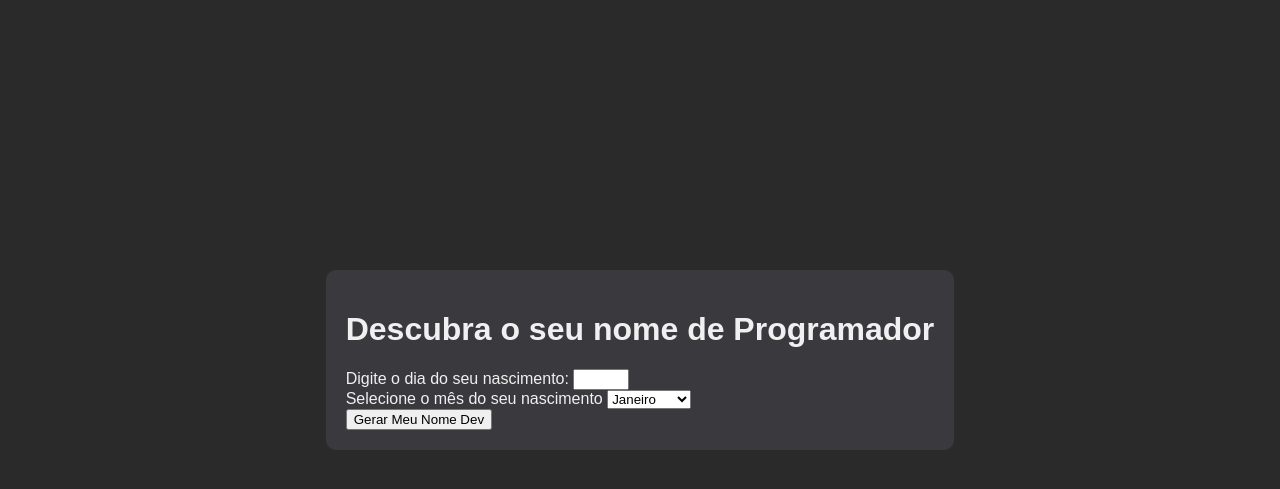
Repository: analessp/seu-nome-dev
Page: index.html
An editor plug-in stored every save of this project. The page is shown before and after a run of saves, followed by the edit.
The browser window is 1280 px wide. The pictures show the whole page.

Above is the page before, as saved 2025-05-13 10:49:00.

After the next 4 saves:
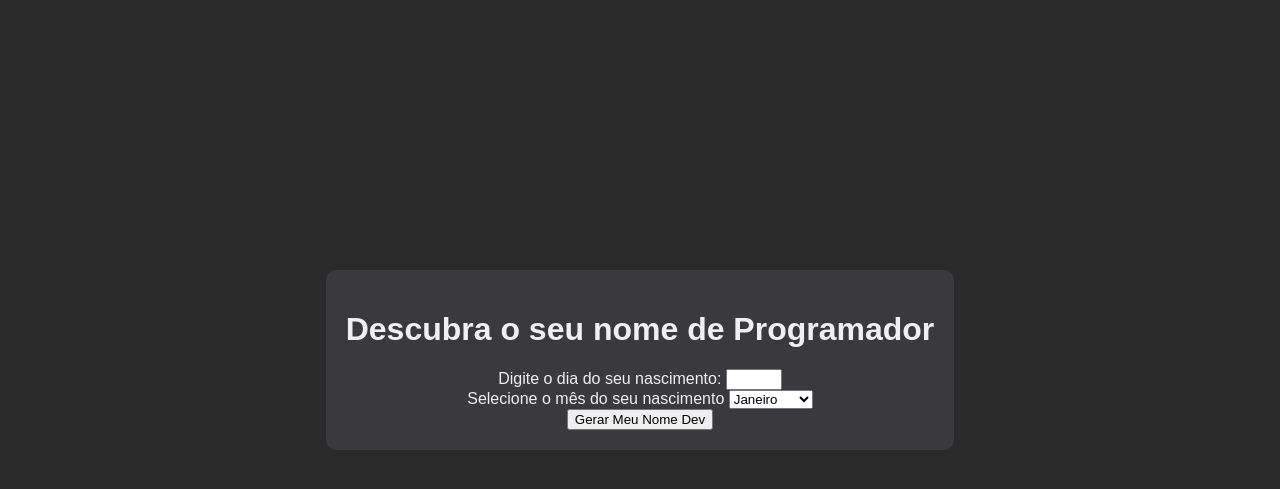
The 4 saves are shown as one change because they came seconds apart.
The last was saved 13 s later.
--- a/styles.css
+++ b/styles.css
@@ -13,6 +13,7 @@ body {
     background-color: #3a3a3e;
     padding: 20px;
     border-radius: 10px;
-    box-shadow: 0px 5px 15px rgba(0, 0, 0, alpha);
+    box-shadow: 0px 5px 15px rgba(0, 0, 0, 0.3s);
+    text-align: center;
 
 }
